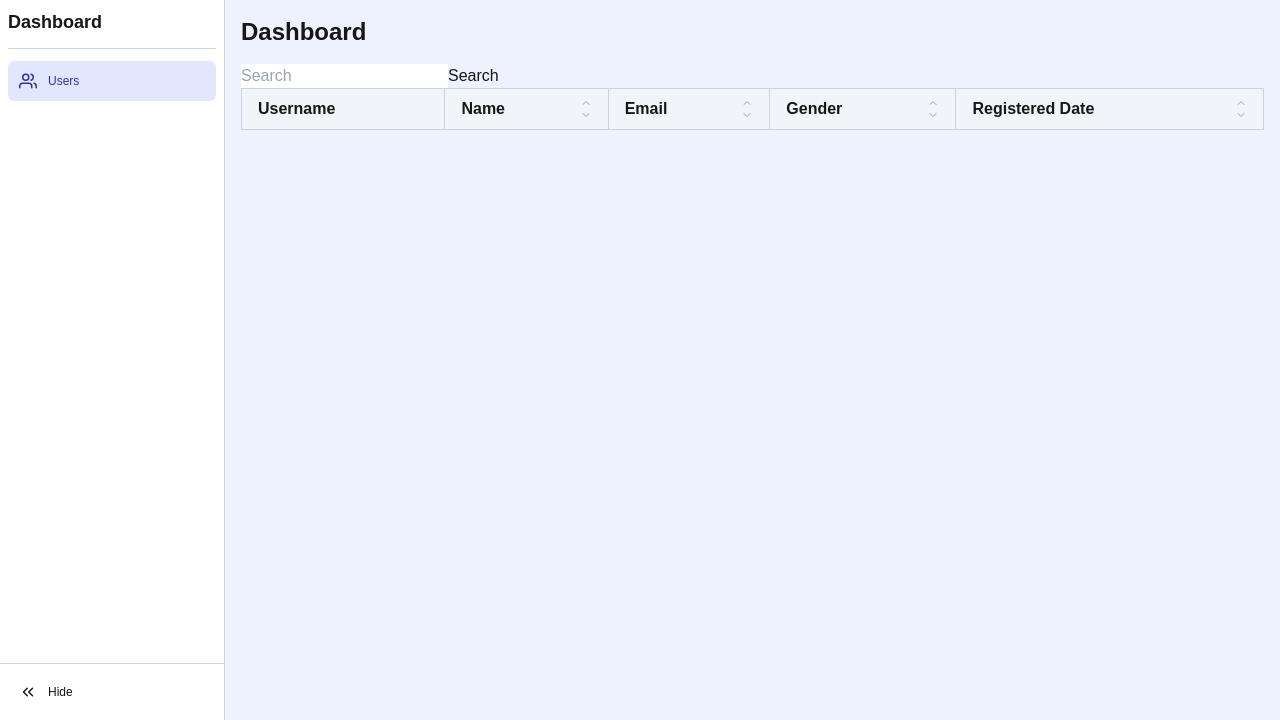
Repository: Ademaulana100499/userdashboard
Page: /
An editor plug-in stored every save of this project. The page is shown before and after the next save, followed by the edit.
The browser window is 1280 px wide. The pictures show the whole page.
The page's requests for data from a server got no answer. The project was rebuilt for these pictures with package versions that can differ from the ones it lists, and the page was loaded fresh each time. The framework's server and built-in components were replaced by stand-ins that run in the browser. No one was signed in, and anything a server would have sent is missing. Also part of the build but not shown: next.config.mjs.

Above is the page before, as saved 2025-02-14 21:16:53.

### src/pages/index.js
import React from "react";
import Sidebar from "@/components/Sidebar";
import DashboardContent from "@/components/DashboardContent";
const Dashboard = () => {
  return (
    <div className="flex bg-indigo-50">
      <Sidebar />
      <DashboardContent />
    </div>
  );
};

export default Dashboard;

### src/components/Sidebar.jsx
import React, { useState } from "react";
import { FiChevronsRight, FiUsers } from "react-icons/fi";
import { motion } from "framer-motion";
const Sidebar = () => {
  const [open, setOpen] = useState(true);
  const [selected, setSelected] = useState("Users");

  return (
    <motion.nav
      layout
      className="sticky top-0 h-screen shrink-0 border-r border-slate-300 bg-white p-2"
      style={{
        width: open ? "225px" : "fit-content",
      }}>
      <TitleSection open={open} />

      <div className="space-y-1">
        <Option
          Icon={FiUsers}
          title="Users"
          selected={selected}
          setSelected={setSelected}
          open={open}
        />
      </div>

      <ToggleClose open={open} setOpen={setOpen} />
    </motion.nav>
  );
};

const Option = ({ Icon, title, selected, setSelected, open, notifs }) => {
  return (
    <motion.button
      layout
      onClick={() => setSelected(title)}
      className={`relative flex h-10 w-full items-center rounded-md transition-colors ${
        selected === title
          ? "bg-indigo-100 text-indigo-800"
          : "text-slate-500 hover:bg-slate-100"
      }`}>
      <motion.div
        layout
        className="grid h-full w-10 place-content-center text-lg">
        <Icon />
      </motion.div>
      {open && (
        <motion.span
          layout
          initial={{ opacity: 0, y: 12 }}
          animate={{ opacity: 1, y: 0 }}
          transition={{ delay: 0.125 }}
          className="text-xs font-medium">
          {title}
        </motion.span>
      )}

      {notifs && open && (
        <motion.span
          initial={{ scale: 0, opacity: 0 }}
          animate={{
            opacity: 1,
            scale: 1,
          }}
          style={{ y: "-50%" }}
          transition={{ delay: 0.5 }}
          className="absolute right-2 top-1/2 size-4 rounded bg-indigo-500 text-xs text-white">
          {notifs}
        </motion.span>
      )}
    </motion.button>
  );
};

const TitleSection = ({ open }) => {
  return (
    <div className="mb-3 border-b border-slate-300 pb-3">
      <div className="flex cursor-pointer items-center justify-between rounded-md transition-colors hover:bg-slate-100">
        <div className="flex justify-center items-center">
          {open && (
            <motion.div
              layout
              initial={{ opacity: 0, y: 12 }}
              animate={{ opacity: 1, y: 0 }}
              transition={{ delay: 0.125 }}>
              <span className="block text-lg font-semibold">Dashboard</span>
            </motion.div>
          )}
        </div>
      </div>
    </div>
  );
};

const ToggleClose = ({ open, setOpen }) => {
  return (
    <motion.button
      layout
      onClick={() => setOpen((pv) => !pv)}
      className="absolute bottom-0 left-0 right-0 border-t border-slate-300 transition-colors hover:bg-slate-100">
      <div className="flex items-center p-2">
        <motion.div
          layout
          className="grid size-10 place-content-center text-lg">
          <FiChevronsRight
            className={`transition-transform ${open && "rotate-180"}`}
          />
        </motion.div>
        {open && (
          <motion.span
            layout
            initial={{ opacity: 0, y: 12 }}
            animate={{ opacity: 1, y: 0 }}
            transition={{ delay: 0.125 }}
            className="text-xs font-medium">
            Hide
          </motion.span>
        )}
      </div>
    </motion.button>
  );
};

export default Sidebar;

### src/components/DashboardContent.jsx
import { FiChevronUp, FiChevronDown } from "react-icons/fi";
import { useState, useEffect } from "react";

const DashboardContent = () => {
  const [data, setData] = useState([]);
  const [sortConfig, setSortConfig] = useState({ key: null, direction: null });

  const fetchData = async () => {
    try {
      const response = await fetch(
        "https://randomuser.me/api/?page=1&pageSize=10&results=10"
      );
      const result = await response.json();
      setData(result.results);
    } catch (error) {
      console.error("Error fetching data:", error);
    }
  };

  useEffect(() => {
    fetchData();
  }, []);

  const handleSort = (key) => {
    let direction = "asc";
    if (sortConfig.key === key && sortConfig.direction === "asc") {
      direction = "desc";
    }
    setSortConfig({ key, direction });

    setData((prevData) =>
      [...prevData].sort((a, b) => {
        const valueA = getNestedValue(a, key);
        const valueB = getNestedValue(b, key);

        if (valueA < valueB) return direction === "asc" ? -1 : 1;
        if (valueA > valueB) return direction === "asc" ? 1 : -1;
        return 0;
      })
    );
  };

  const getNestedValue = (obj, path) => {
    return path
      .split(".")
      .reduce((acc, key) => (acc && acc[key] ? acc[key] : ""), obj);
  };

  const getSortIconStyle = (key) => {
    return sortConfig.key === key ? "text-black" : "text-gray-400";
  };

  return (
    <div className="flex-1 p-4">
      <h1 className="text-2xl font-semibold mb-4">Dashboard</h1>
      <div>
        <input type="search" placeholder="Search" />
        <button type="submit">Search</button>
      </div>
      <table className="min-w-full table-auto border-collapse border border-slate-300">
        <thead>
          <tr className="bg-slate-100">
            <th className="border border-slate-300 px-4 py-2 text-left">
              Username
            </th>
            <th className="border border-slate-300 px-4 py-2 text-left">
              <div className="flex justify-between items-center">
                <span>Name</span>
                <div className="flex flex-col items-center">
                  <FiChevronUp
                    onClick={() => handleSort("name.first")}
                    className={`text-xs cursor-pointer ${getSortIconStyle(
                      "name.first"
                    )}`}
                  />
                  <FiChevronDown
                    onClick={() => handleSort("name.first")}
                    className={`text-xs cursor-pointer ${getSortIconStyle(
                      "name.first"
                    )}`}
                  />
                </div>
              </div>
            </th>
            <th className="border border-slate-300 px-4 py-2 text-left">
              <div className="flex justify-between items-center">
                <span>Email</span>
                <div className="flex flex-col items-center">
                  <FiChevronUp
                    onClick={() => handleSort("email")}
                    className={`text-xs cursor-pointer ${getSortIconStyle(
                      "email"
                    )}`}
                  />
                  <FiChevronDown
                    onClick={() => handleSort("email")}
                    className={`text-xs cursor-pointer ${getSortIconStyle(
                      "email"
                    )}`}
                  />
                </div>
              </div>
            </th>
            <th className="border border-slate-300 px-4 py-2 text-left">
              <div className="flex justify-between items-center">
                <span>Gender</span>
                <div className="flex flex-col items-center">
                  <FiChevronUp
                    onClick={() => handleSort("gender")}
                    className={`text-xs cursor-pointer ${getSortIconStyle(
                      "gender"
                    )}`}
                  />
                  <FiChevronDown
                    onClick={() => handleSort("gender")}
                    className={`text-xs cursor-pointer ${getSortIconStyle(
                      "gender"
                    )}`}
                  />
                </div>
              </div>
            </th>
            <th className="border border-slate-300 px-4 py-2 text-left">
              <div className="flex justify-between items-center">
                <span>Registered Date</span>
                <div className="flex flex-col items-center">
                  <FiChevronUp
                    onClick={() => handleSort("registered.date")}
                    className={`text-xs cursor-pointer ${getSortIconStyle(
                      "registered.date"
                    )}`}
                  />
                  <FiChevronDown
                    onClick={() => handleSort("registered.date")}
                    className={`text-xs cursor-pointer ${getSortIconStyle(
                      "registered.date"
                    )}`}
                  />
                </div>
              </div>
            </th>
          </tr>
        </thead>
        <tbody>
          {data.map((user, index) => (
            <tr key={index} className="hover:bg-slate-50">
              <td className="border border-slate-300 px-4 py-2">
                {user.login.username}
              </td>
              <td className="border border-slate-300 px-4 py-2">
                {user.name.title} {user.name.first} {user.name.last}
              </td>
              <td className="border border-slate-300 px-4 py-2">
                {user.email}
              </td>
              <td className="border border-slate-300 px-4 py-2">
                {user.gender}
              </td>
              <td className="border border-slate-300 px-4 py-2">
                {new Date(user.registered.date)
                  .toLocaleString("id-ID", {
                    day: "2-digit",
                    month: "2-digit",
                    year: "numeric",
                    hour: "2-digit",
                    minute: "2-digit",
                  })
                  .replace(",", "")
                  .replace("/", "-")
                  .replace("/", "-")
                  .replace(".", ":")}
              </td>
            </tr>
          ))}
        </tbody>
      </table>
    </div>
  );
};

export default DashboardContent;

Loaded but not shown: src/pages/_app.js (common file); src/pages/_document.js (common file); src/styles/globals.css (common file); tailwind.config.mjs (common file)

After the next save:
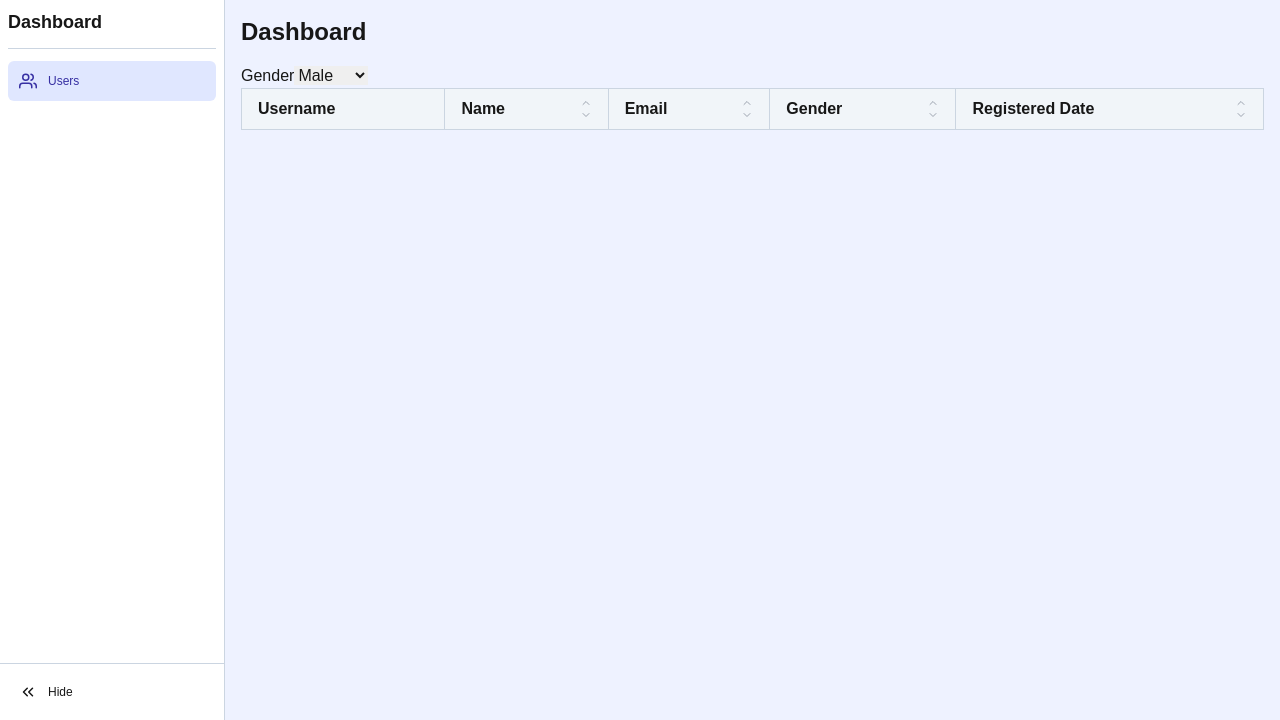
Saved 91 s later.
--- a/src/components/DashboardContent.jsx
+++ b/src/components/DashboardContent.jsx
@@ -54,8 +54,11 @@ const DashboardContent = () => {
     <div className="flex-1 p-4">
       <h1 className="text-2xl font-semibold mb-4">Dashboard</h1>
       <div>
-        <input type="search" placeholder="Search" />
-        <button type="submit">Search</button>
+        <label htmlFor="gender">Gender</label>
+        <select name="gender" id="gender">
+          <option value="male">Male</option>
+          <option value="female">Female</option>
+        </select>
       </div>
       <table className="min-w-full table-auto border-collapse border border-slate-300">
         <thead>
